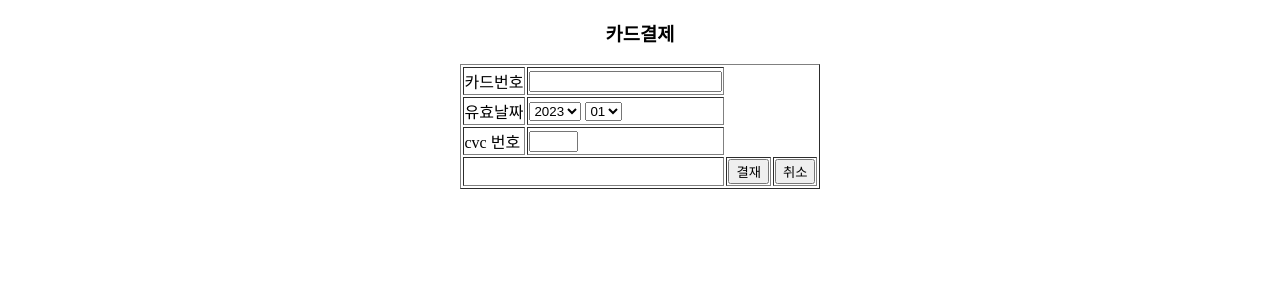
Repository: Juseong-Bang/jspWebProject
Page: http://localhost/FilmBooking/card.jsp
The author's editor kept a copy of each file at every save. The page is drawn from the files as they stood at one save, then again after the next save.
The browser window is 1280 px wide. The pictures show the whole page.
The page is served by Tomcat 9.

Above is the page before, as saved 2017-12-02 08:47:57.

After the next save:
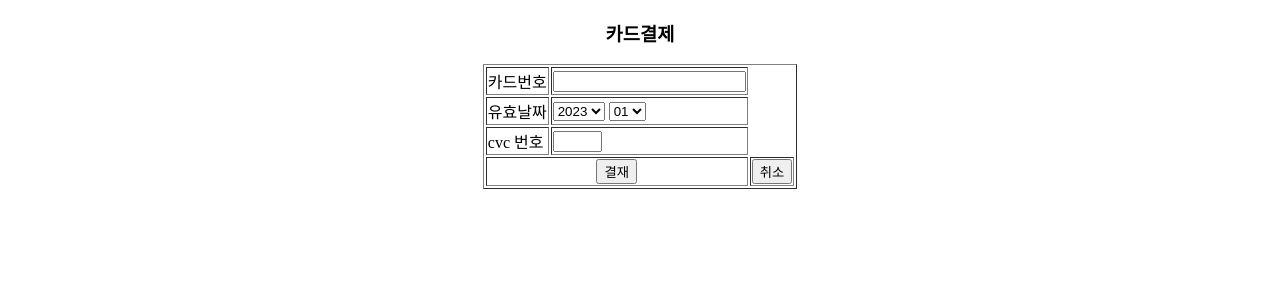
Saved 36 s later.
--- a/FilmBooking/WebContent/card.jsp
+++ b/FilmBooking/WebContent/card.jsp
@@ -45,12 +45,13 @@
 			</tr>
 			<tr>
 				<td colspan=2 align="center" width=150>
-					<td><form method="post" action="control.jsp">
+				<form method="post" action="control.jsp">
 						<input type="submit" value="결재" /> <input type="hidden"
 							name="action" value="resv" /> <input type="hidden" name="oper"
 							value="pay" /> <input type="hidden" name="rid"
 							value=<%=request.getAttribute("rid")%> />
-					</form></td> <td><input type="submit" value=취소></td>
+					</form>
+				<td><input type="submit" value=취소></td>
 				</td>
 			</tr>
 		</table>
